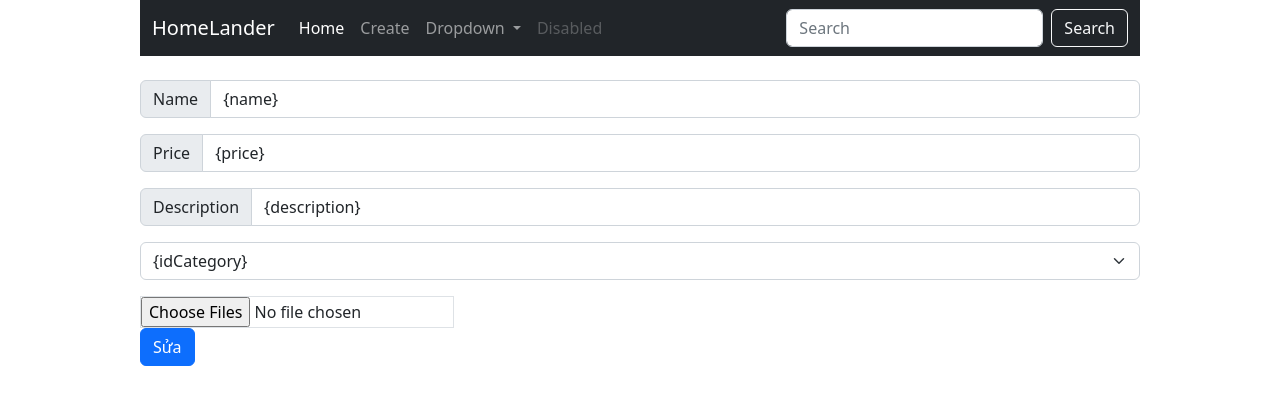
Repository: nguyenhung50497/MD3_CRUD-2Table
Page: src/views/edit.html
An editor plug-in stored every save of this project. The page is shown before and after a run of saves, followed by the edit.
The browser window is 1280 px wide. The pictures show the whole page.

Above is the page before, as saved 2022-12-29 08:54:24.

After the next 2 saves:
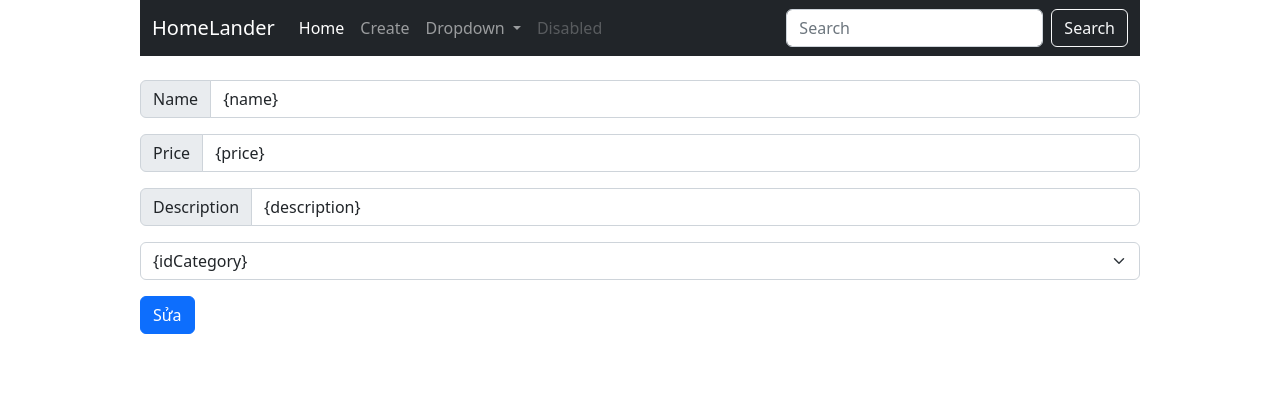
The 2 saves are shown as one change because they came seconds apart.
The last was saved 110 s later.
--- a/src/views/edit.html
+++ b/src/views/edit.html
@@ -64,9 +64,6 @@
             {categories}
           </select>
         </div>
-        <div class="form-group">
-          <input  type="file" name="multipleFiles" class="form-control-file border" multiple>
-        </div>
         <button type="submit" class="btn btn-primary">Sửa</button>
       </form>
     </div>
